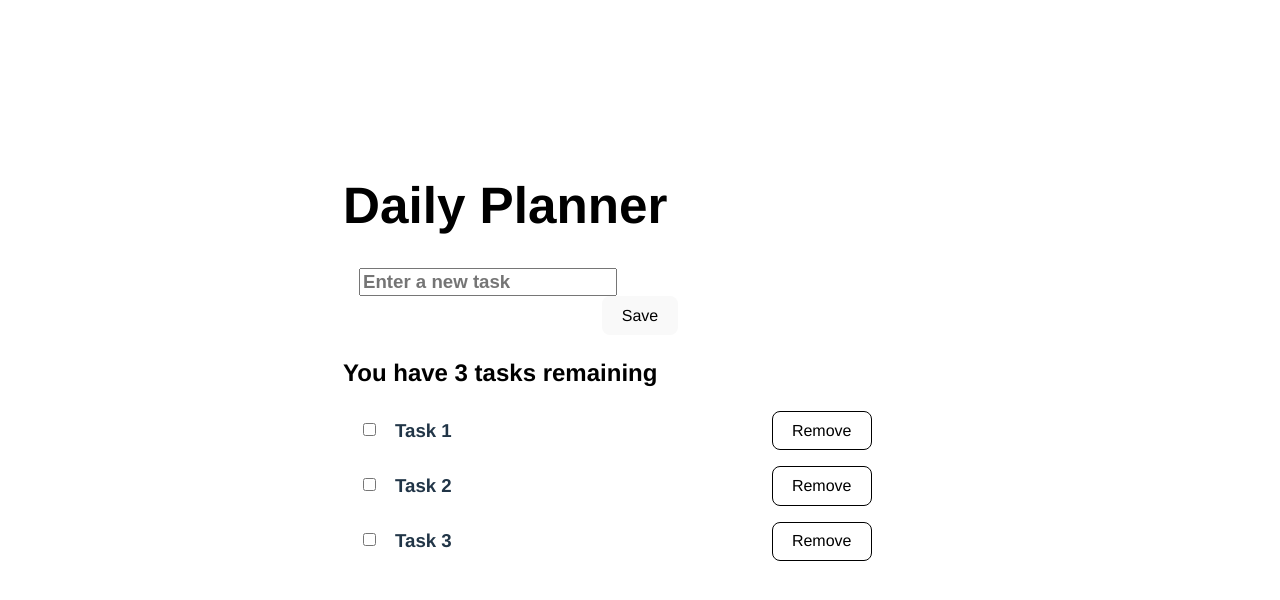
Repository: MonicaNguyenH/Frontend_Assignment6
Page: / (app in react/)
The author's editor kept a copy of each file at every save. The page is drawn from the files as they stood at one save, then again after a run of saves.
The browser window is 1280 px wide. The pictures show the whole page.
The project was rebuilt for these pictures with package versions that can differ from the ones it lists, and the page was loaded fresh each time. Also part of the build but not shown: react/vite.config.js.

Above is the page before, as saved 2024-10-11 00:49:19.

### react/src/App.jsx
// import { useState } from 'react'
import { useState } from 'react';
import './App.css'
import Task from './components/Task'
import TaskForm from './components/TaskForm';

function App() {
  const [task, setTask] = useState([
    { id: 1, name: "Task 1", completed: false },
    { id: 2, name: "Task 2", completed: false },
    { id: 3, name: "Task 3", completed: false }
  ]);

  const addTask = (newTask) => {
    setTask([...task, {...newTask, completed: false}]); // add task incompleted by default
  };

  const toggleComplete = (taskId) => {
    const updatedTasks = task.map(task =>
      task.id === taskId ? { ...task, completed: !task.completed } : task // toggle task completed status
    );
    setTask(updatedTasks); // update the state with the new task list
  };

  const removeTask = (taskId) => {
    const updatedTasks = task.filter(task => task.id !== taskId);
    setTask(updatedTasks); // update the state without the removed task
  };

  // count remaining task
  const remainingTask = task.filter(task => !task.completed).length;

  return (
    <>
      <div className="main">
        <h1 className="header">Daily Planner</h1>
        <div>
          <TaskForm addTask={addTask} /> {/* Pass addTask to TaskForm */}
          <h2 className="counting">You have {remainingTask} task{remainingTask !== 1 ? 's' : ''} remaining</h2> {/* count remaining (more than 1 have 's') */}
          {task.map((task) => (
            <Task
              key={task.id}

              name={task.name}
              completed={task.completed}
              toggleComplete={toggleComplete}
              removeTask={() => removeTask(task.id)}
            />
          ))}
        </div>
      </div>
    </>
  )
}

export default App

### react/src/App.css
#root {
  max-width: 1280px;
  margin: 0 auto;
  padding: 2rem;
  text-align: center;

  font-family: Helvetica, sans-serif;
}

.main {

}

.header {
  color: black;
  text-align: left;
}

.counting {
  color: black;
  text-align: left;
}

/* TaskForm  */
.task-name {
  width: 2em;
}


.task {
  display: flex;
  flex-direction: row;
  align-items: center;
  margin: 1em;

  width: 100%;
  min-width: 10rem;
}

#checkbox {
  margin-right: 1rem;
  width: 2em;
  height: 2rem;
  accent-color: pink;
}

#task-name {
  margin: 0 20rem 0 1rem;
  font-weight: bold;
  font-size: 14pt;
}

.task-delete {
  border: 1px solid black;
  background-color: white;
  border-radius: 15;
  cursor: pointer;
}

.task-delete:hover {
  border: 1px solid pink;
}

### react/src/components/Task.jsx
import { useState, useEffect, useRef } from "react";

export default function Task({name, toggleComplete, id, completed, removeTask}){

    // check box section
    // Ref for the checkbox and task name elements
    const checkboxRef = useRef(null);
    const taskNameRef = useRef(null);

    useEffect(() => {
        const checkbox = checkboxRef.current;
        const crossText = taskNameRef.current;

        if (checkbox&&crossText) {
            const handleCheckBoxChange = () => {
                toggleComplete(id); // call toggleComplete function passed from the parent to update task completion status
                if(checkbox.checked) {
                    crossText.style.textDecoration = "line-through";
                } else {
                    crossText.style.textDecoration = "none";
                }
            };

            checkbox.addEventListener("change", handleCheckBoxChange);

            // cleanup listener
            return () => {
                checkbox.removeEventListener("change", handleCheckBoxChange);
            };

        }
    }, [toggleComplete, id]);

    // remove button section
    const [visible, setVisible] = useState(true);

    // const removeTask = () => {
    //     setVisible(false);
    // };

    if (!visible) {
        return null;
    }

    return (
        <>
            <div className="task">
                <label htmlFor="checkbox">
                    <input
                        type="checkbox"
                        id={`checkbox-${id}`}
                        ref={checkboxRef}
                        checked={completed} // current taks status based on completion
                        onChange={() => toggleComplete(id)}
                    />
                </label>
                <p id="task-name" ref={taskNameRef}>{name}</p>
                <button
                    className="task-delete"
                    onClick={removeTask}>
                        Remove
                </button>
            </div>

        </>
    );
}

### react/src/components/TaskForm.jsx
import { useState } from "react";
import { nanoid } from 'nanoid';

// const taskTemplate = {
//     name: 'new task'
// };

export default function TaskForm({addTask}) {
    const [taskName, setTaskName] = useState(''); // state for the task input
    const [editing, setEditing] = useState(false); // editing task

    // form submission
    const handleSubmit = (e) => {
        e.preventDefault(); // the form submission will be handled by JavaScript instead of triggering a page refresh
        if (taskName.trim()) { // checks if the taskName (the text the user entered) is not an empty string after trimming whitespace
            addTask({
                id: nanoid(),
                name: taskName
            });
            setTaskName(''); // clear the input field
            //setEditing(false); // close the form after saving
        }
    }

    return (
        <>
            <form onSubmit={handleSubmit}>
                <div className="formContainer">
                    <input
                        id="task-name"
                        name="task-name"
                        type="text"
                        value={taskName}
                        onChange={(e) => setTaskName(e.target.value)}
                        placeholder="Enter a new task"
                    />
                </div>
                <div className="btn-group">
                    <button type="submit" className="btn-save">Save</button>
                </div>
            </form>
        </>
    )
}

Loaded but not shown: react/index.html (common file); react/src/main.jsx (common file); react/src/index.css (common file)

After the next 2 saves:
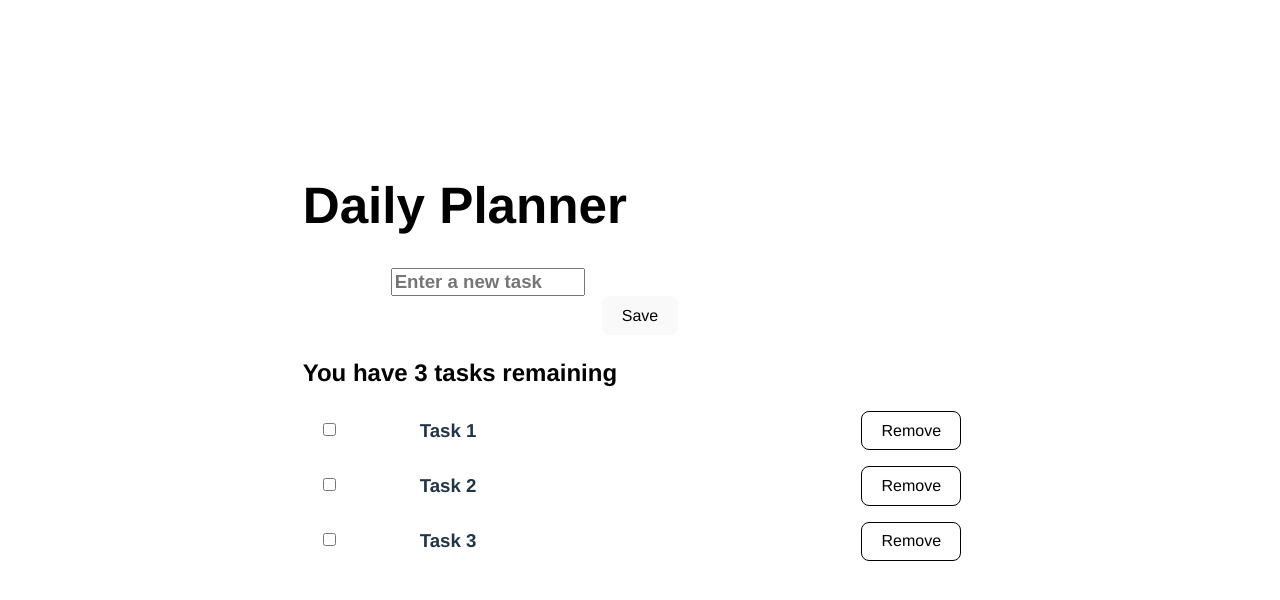
The 2 saves are shown as one change because they came seconds apart.
The last was saved 23 s later.
--- a/react/src/App.css
+++ b/react/src/App.css
@@ -22,8 +22,8 @@
 }
 
 /* TaskForm  */
-.task-name {
-  width: 2em;
+#task-name {
+  width: 10em;
 }
 
 
